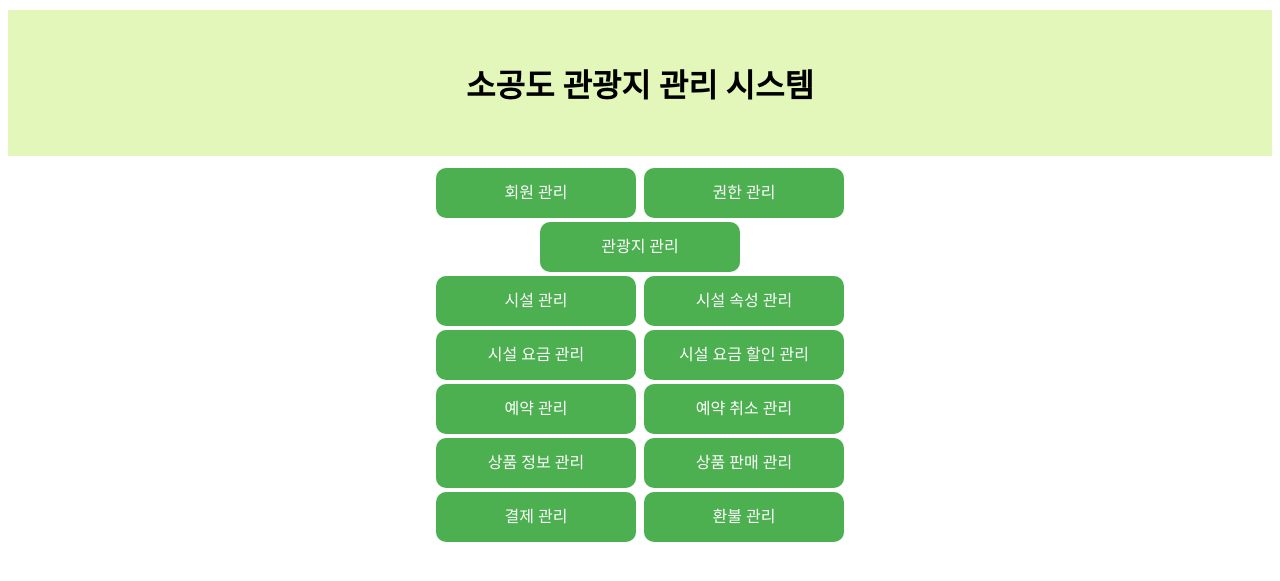
Repository: psyoongsc/SogongDo_Facility
Page: http://localhost/SogongDo_Management_System/
The author's editor kept a copy of each file at every save. The page is drawn from the files as they stood at one save, then again after the next save.
The browser window is 1280 px wide. The pictures show the whole page.
The page is served by Tomcat 9. Nobody is signed in. The application's start-up code is not run. Other server files are loaded and not shown.

Above is the page before, as saved 2020-06-25 14:53:53.

### SogongDo_Management_System/WebContent/index.jsp
<%@ page language="java" contentType="text/html; charset=UTF-8"
    pageEncoding="UTF-8"%>
<!DOCTYPE html>
<html>
<head>
<meta charset="EUC-KR">
<title>소공도 관광지 관리 시스템</title>
<style>
a {
	text-decoration: none;
	text-align: center;
	background-color: #4CAF50;
	width: 200px;
	line-height: 50px;
	font-size: medium;
	display: inline-block;
	border-radius: 10px 10px;
	margin: 2px;
}

a:link {
	color: white;
}
a:visited {
	color: white;
}

.container {
	text-align: center;
}

.title {
	font-size: xx-large;
	font-weight: bold;
	margin: 10px 0px;
	padding: 50px 0px;
	background-color: #E4F7BA;
}
</style>
</head>
<body>
	<div class="container title">
		소공도 관광지 관리 시스템
	</div>
	<div class="container">
		<a href="Member/view">회원 관리</a>
		<a href="Authority/view">권한 관리</a> <br>
		<a href="TouristSite/view">관광지 관리</a> <br>
		<a href="Facility/view">시설 관리</a>
		<a href="Facility/Attribute/view">시설 속성 관리</a> <br>
		<a href="Facility/Charge/view">시설 요금 관리</a>
		<a href="Facility/Charge/discount/view">시설 요금 할인 관리</a> <br>
		<a href="Reservation/view">예약 관리</a>
		<a href="Reservation/Cancel/view">예약 취소 관리</a> <br>
		<a href="Product/view">상품 정보 관리</a>
		<a href="Product/Sell/view">상품 판매 관리</a> <br>
		<a href="Payment/view">결제 관리</a>
		<a href="Refund/view">환불 관리</a> <br>
	</div>
</body>
</html>

After the next save:
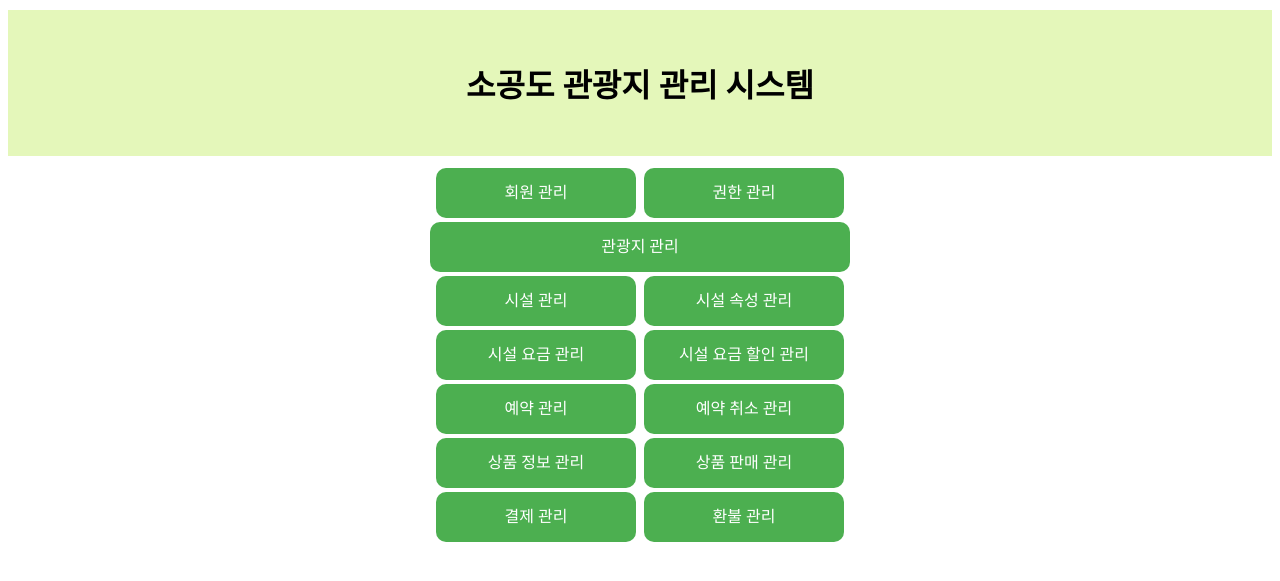
Saved 27 min 18 s later.
--- a/SogongDo_Management_System/WebContent/index.jsp
+++ b/SogongDo_Management_System/WebContent/index.jsp
@@ -45,7 +45,7 @@ a:visited {
 	<div class="container">
 		<a href="Member/view">회원 관리</a>
 		<a href="Authority/view">권한 관리</a> <br>
-		<a href="TouristSite/view">관광지 관리</a> <br>
+		<a style="width: 420px;" href="TouristSite/view">관광지 관리</a> <br>
 		<a href="Facility/view">시설 관리</a>
 		<a href="Facility/Attribute/view">시설 속성 관리</a> <br>
 		<a href="Facility/Charge/view">시설 요금 관리</a>
